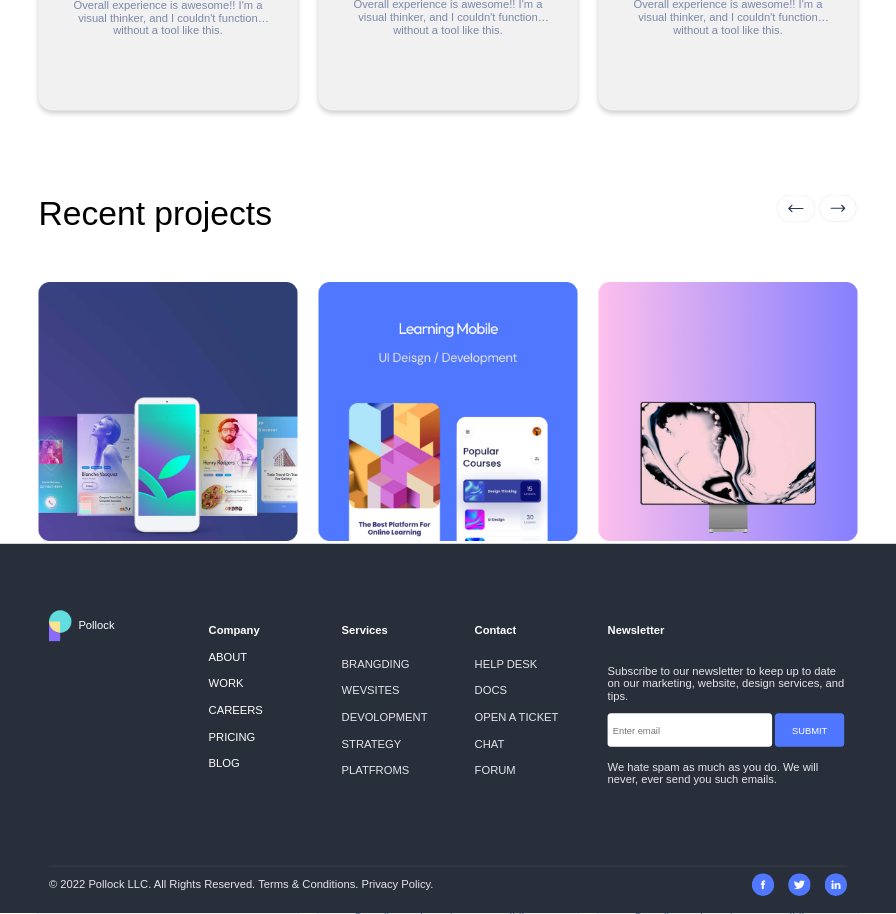
Repository: Nam936/exercises
Page: demo.html
These files come from the project's save history. The page is drawn as it stood at one moment and after the next save; the edit follows.
The browser window is 1280 px wide. The pictures show the part of the page from y = 1827 to 3747 px (the page is 3132 px tall before and 3747 px after), at 70% of full size.

Above is the page before, as saved 2023-01-13 14:40:48.

### demo.html
<!DOCTYPE html>
<html lang="en">
<!-- <link rel="stylesheet" href="https://cdnjs.cloudflare.com/ajax/libs/font-awesome/4.7.0/css/font-awesome.min.css"> -->
<link rel="stylesheet" href="https://cdnjs.cloudflare.com/ajax/libs/font-awesome/5.15.3/css/all.min.css" />
<link rel="stylesheet" href="path/to/font-awesome/css/font-awesome.min.css">

<head>
  <meta charset="UTF-8">
  <meta http-equiv="X-UA-Compatible" content="IE=edge">
  <meta name="viewport" content="width=device-width, initial-scale=1.0">
  <title>Pollock</title>
  <link rel="stylesheet" href="style2.css">
</head>

<body>
  <div id="wrap">
    <div class="bg-header">
      <div class="container">
        <div class="header">
          <div class="menu-header">
            <div class="logo-header">
              <div class="img-logo">
                <img src="/img/Frame_header.png" alt="logo">
              </div>
              <p class="txt-header">Pollock</p>
            </div>
            <div class="header-midd">
              <a class="midd-item" href="#">HOME</a>
              <a class="midd-item" href="#">SERVICES</a>
              <a class="midd-item" href="#">ABOUT</a>
              <a class="midd-item" href="#">PAGES</a>
              <a class="midd-item" href="#">BLOG</a>
              <a class="midd-item" href="#">CONTACT</a>

            </div>
            <div class="header-close">
              <i class="fas fa-bars"></i>
            </div>
            <div class="header-right">

              <div class="search">
                <a href="#"><img class="search" src="/img/Iconex/Search_header.png" alt=""></a>
              </div>
              <div class="cart">
                <a href="#"><img class="cart" src="/img/Iconex/Bag_header.png" alt=""></a>
              </div>
              <div class="btn-sig">
                <a href=""><button>SIGN UP</button></a>
              </div>
            </div>
          </div>
        </div>
        <div class="txt-ct">
          <h1>OurWork</h1>
          <p>HOMEPAGE / PROJECT</p>
        </div>
      </div>
    </div>

    <div class="main">
      <div class="header-main">
        <h1>Get inspored by our finest work</h1>
      </div>
      <div class="row">
        <div class="column">
          <img src="/img/main_img/1.png" alt="">
          <img src="/img/main_img/2.png" alt="">
        </div>
        <div class="column">
          <img src="/img/main_img/3.png" alt="">
          <img src="/img/main_img/4.png" alt="">
        </div>
        <div class="column">
          <img src="/img/main_img/5.png" alt="">
          <img src="/img/main_img/6.png" alt="">
        </div>
      </div>
      <div class="btn-main">
        <a href="#"><button>LOAD MORE</button></a>
      </div>
    </div>

    <div class="custom">
      <div class="cus-title">
        <p class="txt-cus">What our clients are saying about us</p>
        <p txt-content-cus>Customer satisfaction is a primary goal for our company</p>
      </div>
      <div class="row-card">
        <div class="column-card">
          <div class="card">
            <div class="card-avatar">
              <div class="card-img">
                <img src="/img/avatar/avatar-1.svg" alt="">
              </div>
              <div class="card-avatar-content">
                <p class="txt-avatar-title">Monica Smith</p>
                <p class="txt-avatar-content">Brand & Co</p>
              </div>
            </div>
            <div class="card-content">
              <!-- <div class="card-title"> -->
              <p class="txt-title">Amazing</p>
              <p class="txt-content">Overall experience is awesome!! I'm a visual thinker, and I couldn't function
                without a tool like this.</p>
              <!-- </div> -->
            </div>
          </div>
        </div>
        <div class="column-card">
          <div class="card">
            <div class="card-avatar">
              <div class="card-img">
                <img src="/img/avatar/avatar-2.svg" alt="">
              </div>
              <div class="card-avatar-content">
                <p class="txt-avatar-title">Monica Smith</p>
                <p class="txt-avatar-content">Brand & Co</p>
              </div>
            </div>
            <div class="card-content">
              <!-- <div class="card-title"> -->
              <p class="txt-title">Amazing</p>
              <p class="txt-content">Overall experience is awesome!! I'm a visual thinker, and I couldn't function
                without a tool like this.</p>
              <!-- </div> -->
            </div>
          </div>
        </div>
        <div class="column-card">
          <div class="card">
            <div class="card-avatar">
              <div class="card-img">
                <img src="/img/avatar/avatar-3.svg" alt="">
              </div>
              <div class="card-avatar-content">
                <p class="txt-avatar-title">Monica Smith</p>
                <p class="txt-avatar-content">Brand & Co</p>
              </div>
            </div>
            <div class="card-content">
              <!-- <div class="card-title"> -->
              <p class="txt-title">Amazing</p>
              <p class="txt-content">Overall experience is awesome!! I'm a visual thinker, and I couldn't function
                without a tool like this.</p>
              <!-- </div> -->
            </div>
          </div>
        </div>
      </div>
    </div>
    <!-- <div class="client">
      <div class="tit-client">
        <h2>What our clients are saying about us</h2>
        <p>Customer satisfaction is a primary goal for our company</p>
      </div>
      <div class="slide-container">
        <div class="slide">
          <div class="card">
            <div class="content">
              <div class="avatar">
                <img src="/img/avatar/avatar-1.svg" alt="">
              </div>
              <div class="title-card">
                <span>Monica Smith</span>
                <p>Brand & Co</p>
              </div>
              <div class="desc-card">
                <span>Amazing!!</span>
                <p>Overall experience is awesome!! I'm a visual thinker, and I couldn't function without a tool like
                  this.</p>
              </div>
            </div>
          </div>
          <div class="card">
            <div class="content">
              <div class="avatar">
                <img src="/img/avatar/avatar-2.svg" alt="">
              </div>
              <div class="title-card">
                <span>Monica Smith</span>
                <p>Brand & Co</p>
              </div>
              <div class="desc-card">
                <span>Amazing!!</span>
                <p>Overall experience is awesome!! I'm a visual thinker, and I couldn't function without a tool like
                  this.</p>
              </div>
            </div>
          </div>
          <div class="card">
            <div class="content">
              <div class="avatar">
                <img src="/img/avatar/avatar-3.svg" alt="">
              </div>
              <div class="title-card">
                <span>Monica Smith</span>
                <p>Brand & Co</p>
              </div>
              <div class="desc-card">
                <span>Amazing!!</span>
                <p>Overall experience is awesome!! I'm a visual thinker, and I couldn't function without a tool like
                  this.</p>
              </div>
            </div>
          </div>
        </div>
      </div>
    </div> -->


    <div class="main-recent">
      <div class="title-recent">
        <div class="recent-title">
          <p class="txt-recent-project">Recent projects</p>
        </div>
        <div class="btn-slide">
          <img class="left" src="/img/Iconex/Left.svg" alt="">
          <img class="right" src="/img/Iconex/Right-2.svg" alt="">
        </div>
      </div>
      <div class="cards-recent">
        <div class="card-recent">
          <div class="card-content-recent">
            <div class="card-image-container">
              <img src="/img/Img1.png" />
            </div>
          </div>
        </div>
        <div class="card-recent">
          <div class="card-content-recent">
            <div class="card-image-container">
              <img src="/img/Img2.png" />
            </div>
          </div>
        </div>
        <div class="card-recent">
          <div class="card-content-recent">
            <div class="card-image-container">
              <img src="/img/Img3.png" />
            </div>
          </div>
        </div>
      </div>
    </div>
    <!-- <div class="recent-project-wrap">
      <div class="recent-container">
        <div class="recent-project">
          <div class="recent-title">
            <p>Recent projects</p>
          </div>
          <div class="btn-slide">
            <img src="/img/Iconex/Left.svg" alt="">
            <img src="/img/Iconex/Right.svg" alt="">
          </div>
        </div>
        <div class="card-row">
          <div class="card-column">
            <img src="/img/Img1.png" alt="">
          </div>
          <div class="card-column">
            <img src="/img/Img2.png" alt="">
          </div>
          <div class="card-column">
            <img src="/img/Img3.png" alt="">
          </div>
        </div>
      </div>
    </div> -->
    <div class="card-container-thumb">

    </div>

  </div>


  <!-- <div class="blog-thumbnail">
          <div class="thumbnail">
            <div class="thumb">
              <p>These web design trends will help inform and inspire what people build for the web</p>
              <div class="day">
                <div class="blog-date">
                  <img src="/img/Iconex/Calendar.svg" alt="">
                  <p>May 7 2022</p>
                </div>
                <div class="time">
                  <img src="/img/Iconex/Time Circle.svg" alt="">
                  <p>10 min read</p>
                </div>
              </div>
            </div>
            <div class="thumb-img">
              <img src="/img/thumb1.png" alt="">
            </div>
          </div>
          <div class="thumbnail">
            <div class="thumb">
              <p>These web design trends will help inform and inspire what people build for the web</p>
              <div class="day">
                <div class="blog-date">
                  <img src="/img/Iconex/Calendar.svg" alt="">
                  <p>May 7 2022</p>
                </div>
                <div class="time">
                  <img src="/img/Iconex/Time Circle.svg" alt="">
                  <p>10 min read</p>
                </div>
              </div>
            </div>
            <div class="thumb-img">
              <img src="/img/thumb2.png" alt="">
            </div>
          </div>
          <div class="thumbnail">
            <div class="thumb">
              <p>These web design trends will help inform and inspire what people build for the web</p>
              <div class="day">
                <div class="blog-date">
                  <img src="/img/Iconex/Calendar.svg" alt="">
                  <p>May 7 2022</p>
                </div>
                <div class="time">
                  <img src="/img/Iconex/Time Circle.svg" alt="">
                  <p>10 min read</p>
                </div>
              </div>
            </div>
            <div class="thumb-img">
              <img src="/img/thumb3.png" alt="">
            </div>
          </div>
        </div>
      </div>
    </div> -->


  <!-- <div class="footer">
    <div class="contain-main">
      <div class="contain">
        <div class="logo_nav">
          <img src="/img/Frame_header.png" alt="">
          <p class="txt_footer">Pollock</p>
        </div>
        <div class="col">
          <h1>Company</h1>
          <ul>
            <li>About</li>
            <li>WORK</li>
            <li>CAREERS</li>
            <li>PRICING</li>
            <li>BLOG</li>
          </ul>
        </div>
        <div class="col">
          <h1>Services</h1>
          <ul>
            <li>BRANDING</li>
            <li>WEBSITES</li>
            <li>DEVELOPMENT</li>
            <li>Strategy</li>
            <li>Platforms</li>
          </ul>
        </div>
        <div class="col">
          <h1>Contact</h1>
          <ul>
            <li>Help Desk</li>
            <li>Docs</li>
            <li>Chat</li>
            <li>Social</li>
            <li>Forum</li>
          </ul>
        </div>
        <div class="col">
          <h1>Newsletter</h1>
          <p>Subscribe to our newsletter to keep up to date on our marketing, website, design services, and tips.</p>
          <div class="signup-form">
            <form action="#" class="subscribe">
                <input type="text" class="subscribe--input" placeholder=" Enter Email">
                <button type="button" class="subscribe--btn">Submit</button>
            </form>
          </div>
        </div>
      </div>
      <div class="social">
        <p>© 2022 Pollock LLC. All Rights Reserved. Terms & Conditions. Privacy Policy.</p>
        <ul class="list-footer">
          <li><img src="/img/Iconex/FaceBook.svg" width="32" style="width: 32px;"></li>
          <li><img src="/img/Iconex/LinkedIn.svg" width="32" style="width: 32px;"></li>
          <li><img src="/img/Iconex/Twitter.svg" width="32" style="width: 32px;"></li>
        </ul>
      </div>
    </div>
  </div> -->

  <!-- <div class="col social">
    <p class="footer-alt">© 2022 Pollock LLC. All Rights Reserved. Terms & Conditions. Privacy Policy.</p>
    <ul>
      <li><img src="/img/Iconex/FaceBook.svg" width="32" style="width: 32px;"></li>
      <li><img src="/img/Iconex/LinkedIn.svg" width="32" style="width: 32px;"></li>
      <li><img src="/img/Iconex/Twitter.svg" width="32" style="width: 32px;"></li>
    </ul>
  </div> -->
  <div class="footer">
    <div class="nav_footer">
      <div class="nav_menu">
        <div class="logo_nav">
          <img src="/img/Frame_header.png" alt="">
          <p class="txt_footer">Pollock</p>
        </div>
        <ul class="lst">
          <li class="menuc">
            <h4>Company</h4>
            <p<a href="#">ABOUT</a></p>
            <p<a href="#">WORK</a></p>
            <p<a href="#">CAREERS</a></p>
            <p<a href="#">PRICING</a></p>
            <p<a href="#">BLOG</a></p>
          </li>
          <li class="menuc">
            <h4>Services</h4>
            <p><a href="#">BRANGDING</a></p>
            <p><a href="#">WEVSITES</a></p>
            <p><a href="#">DEVOLOPMENT</a></p>
            <p><a href="#">STRATEGY</a></p>
            <p><a href="#">PLATFROMS</a></p>
          </li>
          <li class="menuc">
            <h4>Contact</h4>
            <p><a href="#">HELP DESK</a></p>
            <p><a href="#">DOCS</a></p>
            <p><a href="#">OPEN A TICKET</a>
            <p><a href="#">CHAT</a></p>
            <p><a href="#">FORUM</a></p>
          </li>
        </ul>
        <div class="nav_itm">
          <h4>Newsletter</h4>
          <p>Subscribe to our newsletter to keep up to date on our marketing, website, design services, and
            tips.</p>
          <div class="btn">
            <input type="text" placeholder="  Enter email">
            <button>SUBMIT</button>
          </div>
          <p>We hate spam as much as you do. We will never, ever send you such emails.</p>
        </div>
      </div>
      <div class="nav_link">
        <div class="pad">
          <div class="desc_f">
            <p>© 2022 Pollock LLC. All Rights Reserved. Terms & Conditions. Privacy Policy.</p>
          </div>
          <div class="link">
            <img src="/img/Iconex/FaceBook.svg" alt="">
            <img src="/img/Iconex/Twitter.svg" alt="">
            <img src="/img/Iconex/LinkedIn.svg" alt="">
          </div>
        </div>
      </div>
    </div>
  </div>
  <!-- <div class="footer">
      <div class="container">
        <div class="row-footer">
          <div class="column-footer">
            <div class="item-footer">
              <h5 class="footer-heading">Company</h5>
              <ul class="footer-link">
                <li><a href="#">ABout</a></li>
                <li><a href="#">ABout</a></li>
                <li><a href="#">ABout</a></li>
                <li><a href="#">ABout</a></li>
                <li><a href="#">ABout</a></li>
              </ul>
            </div>
          </div>

          <div class="column-footer">
            <div class="item-footer">
              <h5 class="footer-heading">Services</h5>
              <ul class="footer-link">
                <li><a href="#">ABout</a></li>
                <li><a href="#">ABout</a></li>
                <li><a href="#">ABout</a></li>
                <li><a href="#">ABout</a></li>
                <li><a href="#">ABout</a></li>
              </ul>
            </div>
          </div>

          <div class="column-footer">
            <div class="item-footer">
              <h5 class="footer-heading">Contact</h5>
              <ul class="footer-link">
                <li><a href="#">ABout</a></li>
                <li><a href="#">ABout</a></li>
                <li><a href="#">ABout</a></li>
                <li><a href="#">ABout</a></li>
                <li><a href="#">ABout</a></li>
              </ul>
            </div>
          </div>

          <div class="column-footer4">
            <div class="item-footer">
              <h5 class="footer-heading">Newsletter</h5>
              <p class="contact-info">Subscribe to our newsletter to keep up to date on our marketing, website, design
                services, and tips.</p>
            </div>
          </div>
        </div>
      </div>

      <div class="text-center">
        <p class="footer-alt">© 2022 Pollock LLC. All Rights Reserved. Terms & Conditions. Privacy Policy.</p>
      </div>
    </div> -->
  </div>
</body>

</html>

Loaded but not shown: style2.css (1479 lines, source omitted)

After the next save:
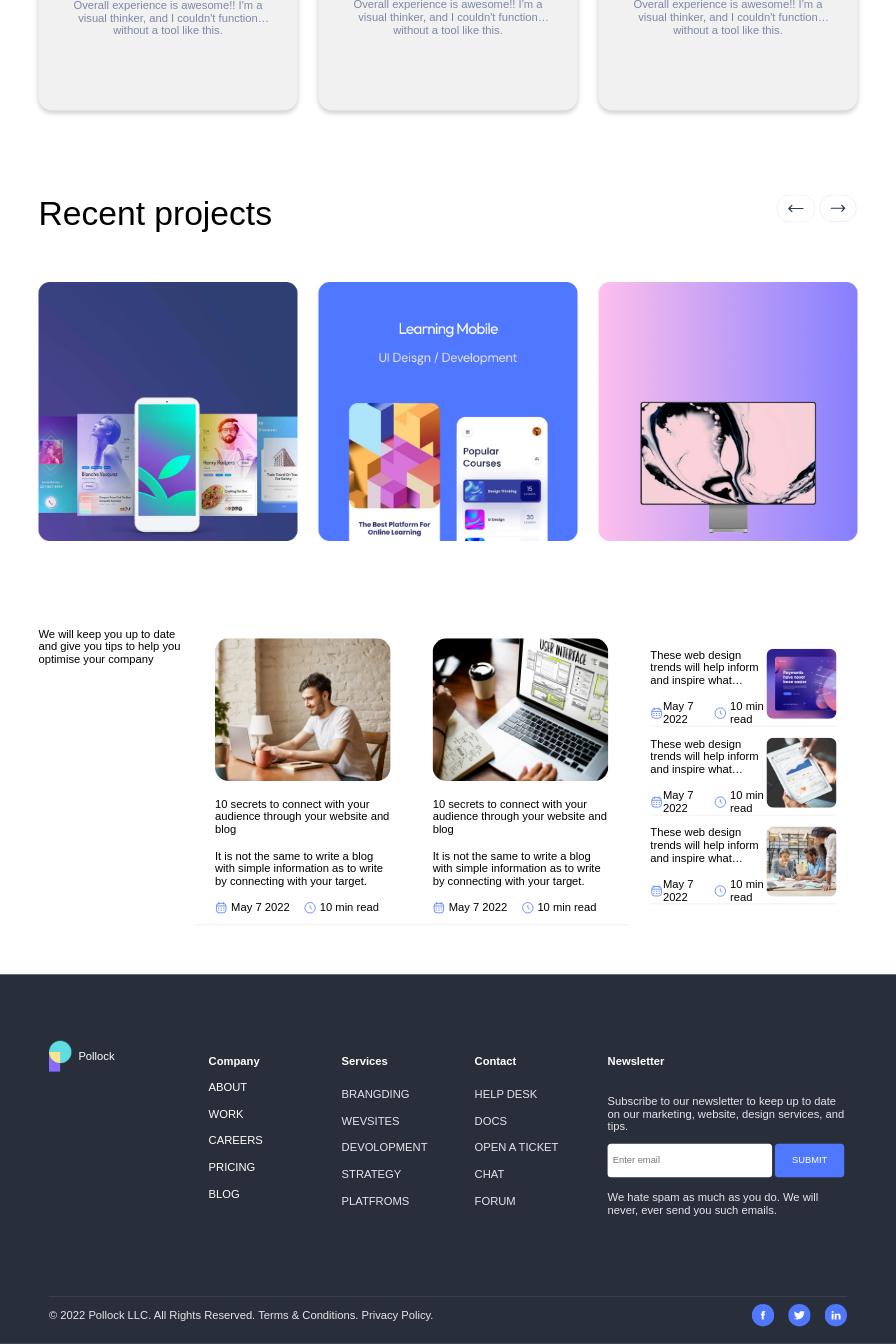
Saved 4 s later.
--- a/demo.html
+++ b/demo.html
@@ -267,7 +267,115 @@
       </div>
     </div> -->
     <div class="card-container-thumb">
-
+      <div class="card-main">
+        <div class="title-main">
+          <p>We will keep you up to date and give you tips to help you optimise your company</p>
+        </div>
+        <div class="cards-cus">
+          <div class="card-cus">
+            <div class="card-image-container-cus">
+              <div class="card-cuw">
+                <img src="/img/Rectangle 66.png" />
+              </div>
+            </div>
+            <div class="card-content-cus">
+              <p class="card-title-cus">
+                10 secrets to connect with your audience through your website and blog
+              <p>It is not the same to write a blog with simple information as to write by connecting with your target.
+              </p>
+              </p>
+              <div class="day-cus">
+                <div class="date-cus">
+                  <img src="/img/Iconex/Calendar.svg" alt="">
+                  <p>May 7 2022</p>
+                </div>
+                <div class="time-cus">
+                  <img src="/img/Iconex/Time Circle.svg" alt="">
+                  <p>10 min read</p>
+                </div>
+              </div>
+            </div>
+          </div>
+          <div class="card-cus">
+            <div class="card-image-container-cus">
+              <img src="/img/Rectangle 66_2.png" />
+            </div>
+            <div class="card-content-cus">
+              <p class="card-title-cus">
+                10 secrets to connect with your audience through your website and blog
+              <p>It is not the same to write a blog with simple information as to write by connecting with your target.
+              </p>
+              </p>
+              <div class="day-cus">
+                <div class="date-cus">
+                  <img src="/img/Iconex/Calendar.svg" alt="">
+                  <p>May 7 2022</p>
+                </div>
+                <div class="time-cus">
+                  <img src="/img/Iconex/Time Circle.svg" alt="">
+                  <p>10 min read</p>
+                </div>
+              </div>
+            </div>
+          </div>
+        </div>
+        <div class="blog-thumbnail">
+          <div class="thumbnail">
+            <div class="thumb">
+              <p>These web design trends will help inform and inspire what people build for the web</p>
+              <div class="day">
+                <div class="blog-date">
+                  <img src="/img/Iconex/Calendar.svg" alt="">
+                  <p>May 7 2022</p>
+                </div>
+                <div class="time">
+                  <img src="/img/Iconex/Time Circle.svg" alt="">
+                  <p>10 min read</p>
+                </div>
+              </div>
+            </div>
+            <div class="thumb-img">
+              <img src="/img/thumb1.png" alt="">
+            </div>
+          </div>
+          <div class="thumbnail">
+            <div class="thumb">
+              <p>These web design trends will help inform and inspire what people build for the web</p>
+              <div class="day">
+                <div class="blog-date">
+                  <img src="/img/Iconex/Calendar.svg" alt="">
+                  <p>May 7 2022</p>
+                </div>
+                <div class="time">
+                  <img src="/img/Iconex/Time Circle.svg" alt="">
+                  <p>10 min read</p>
+                </div>
+              </div>
+            </div>
+            <div class="thumb-img">
+              <img src="/img/thumb2.png" alt="">
+            </div>
+          </div>
+          <div class="thumbnail">
+            <div class="thumb">
+              <p>These web design trends will help inform and inspire what people build for the web</p>
+              <div class="day">
+                <div class="blog-date">
+                  <img src="/img/Iconex/Calendar.svg" alt="">
+                  <p>May 7 2022</p>
+                </div>
+                <div class="time">
+                  <img src="/img/Iconex/Time Circle.svg" alt="">
+                  <p>10 min read</p>
+                </div>
+              </div>
+            </div>
+            <div class="thumb-img">
+              <img src="/img/thumb3.png" alt="">
+            </div>
+          </div>
+        </div>
+      </div>
     </div>
 
   </div>
